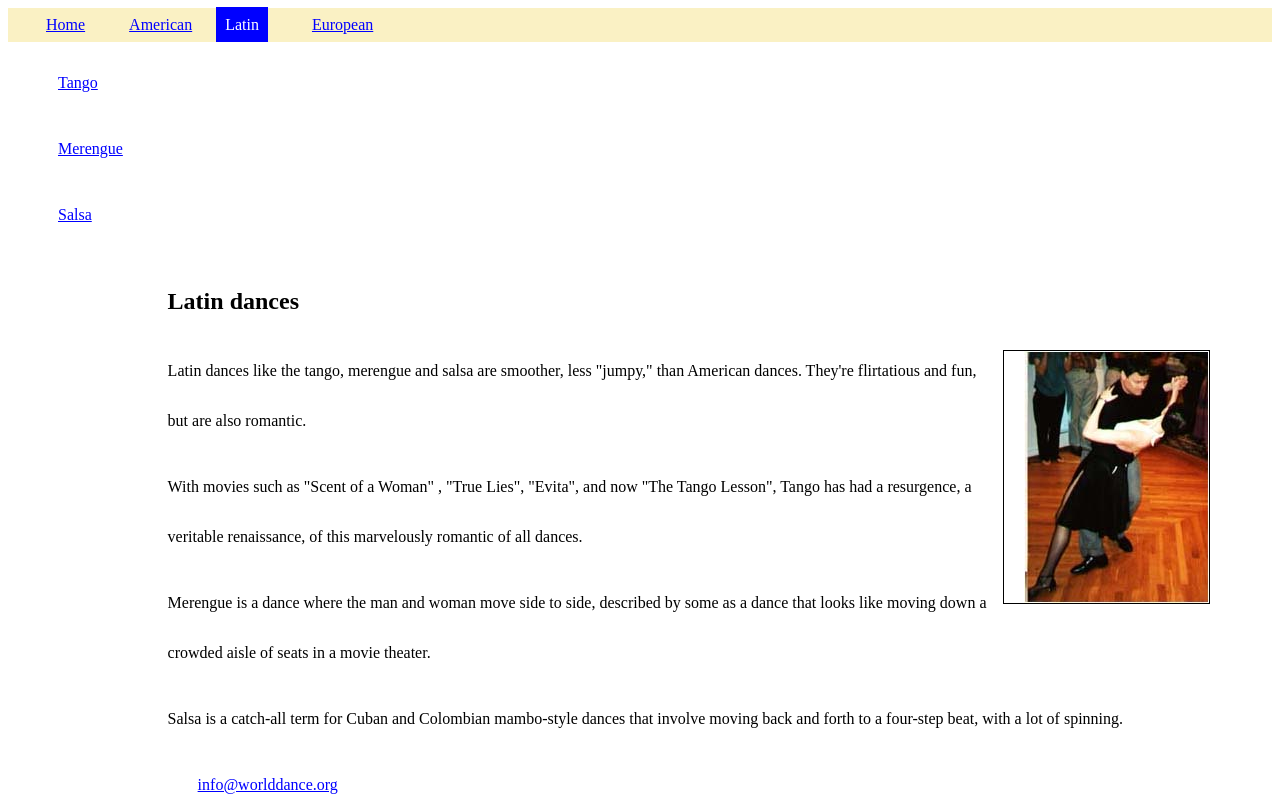
Repository: Helianthusss/Learn-CPP
Page: HTML/Lab-04/Dance/Latin.html
These files come from the project's save history. The page is drawn as it stood at one moment and after the next save; the edit follows.
The browser window is 1280 px wide. The pictures show the whole page.

Above is the page before, as saved 2021-10-16 19:40:49.

### HTML/Lab-04/Dance/Latin.html
<html>
<head>
<link rel="stylesheet" href="format.css">
<title>Latin</title>
</head>
<body>
<div id="topnav">
<ul id="navbar">
<li><a href="index.html">Home</a></li>
<li><a href="American.html">American</a></li>
<li><a class="x">Latin</a></li>
<li><a href="European.html">European</a></li>
</ul>
</div>
<div id="clear"></div>
<div id="links">
<p><a href="Tango.html">Tango</a></p>
<p><a href="Merengue.html">Merengue</a></p>
<p><a href="Salsa.html">Salsa</a></p>
</div>
<div id="content">
<h2>Latin dances</h2>
<img src="graphics/tango.jpg"align="right" vspace="4" hspace="12" border="1">
<p>Latin dances like the tango, merengue and salsa are smoother, less "jumpy," than American dances. They're flirtatious and fun, but are also romantic.</p>
<p>With movies such as "Scent of a Woman" , "True Lies", "Evita", and now "The Tango Lesson", Tango has had a resurgence, a veritable renaissance, of this marvelously romantic of all dances.</p>
<p>Merengue is a dance where the man and woman move side to side, described by some as a dance that looks like moving down a crowded aisle of seats in a movie theater.</p>
<p>Salsa is a catch-all term for Cuban and Colombian mambo-style dances that involve moving back and forth to a four-step beat, with a lot of spinning.
</p>
<p><a href="mailto:info@worlddance.org">info@worlddance.org</a></p>
</p>
</div>
</body>
</html>

### HTML/Lab-04/Dance/format.css
li {
  display: inline;
}

#navbar {
  padding: 8px;
  background-color: #faf1c4;
}
a {
  padding-left: 20px;
  margin: 10px;
  color: blue;
}
.x {
  padding: 9px;
  margin: 10px;
  background-color: blue;
  color: white;
}
img,
h2,
p,
h3 {
  line-height: 50px;
  padding-left: 20px;
}
#content {
  background: #fff;
  margin-top: 0px;
  float: right;
  width: 85%;
  padding-right: 50px;
  height: 350px;
  line-height: 30px;
  padding-top: 0px;
}

After the next save:
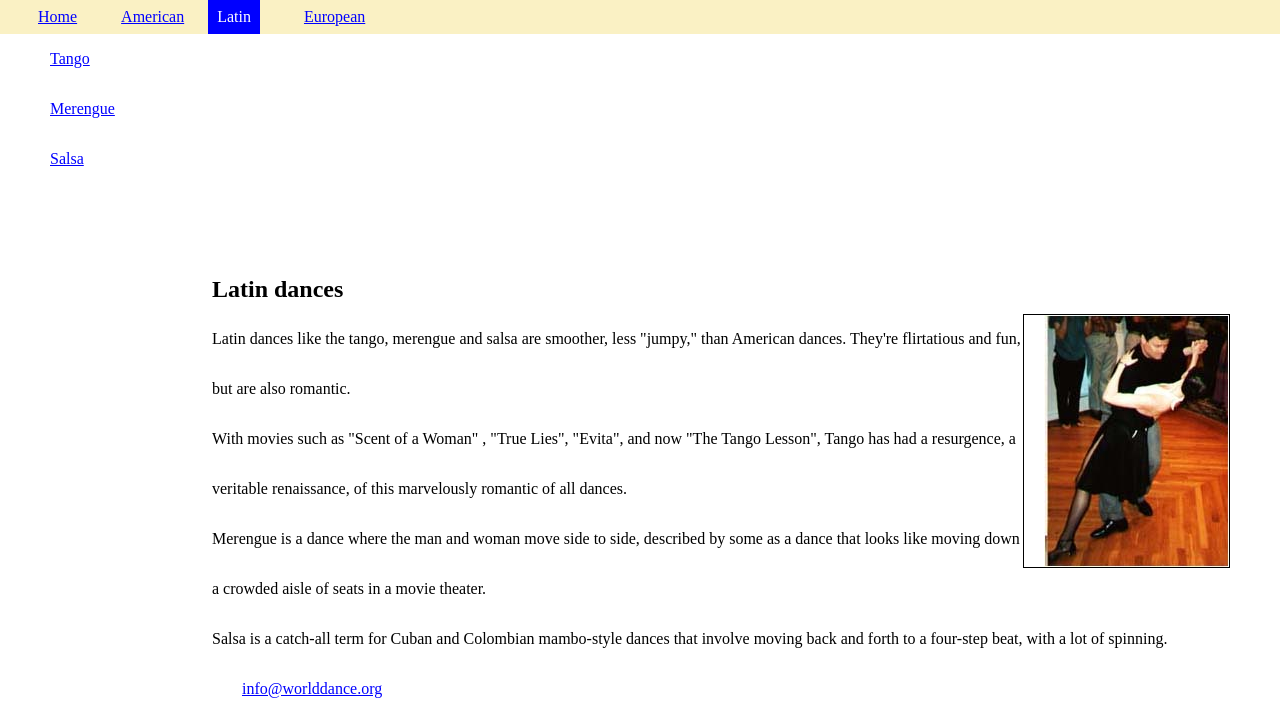
Saved 34 s later.
--- a/HTML/Lab-04/Dance/format.css
+++ b/HTML/Lab-04/Dance/format.css
@@ -1,3 +1,8 @@
+* {
+  padding: 0px;
+  margin: 0px;
+  box-sizing: border-box;
+}
 li {
   display: inline;
 }
@@ -26,11 +31,11 @@ h3 {
 }
 #content {
   background: #fff;
-  margin-top: 0px;
+  margin-top: 30px;
   float: right;
   width: 85%;
   padding-right: 50px;
   height: 350px;
   line-height: 30px;
-  padding-top: 0px;
+  padding-top: 50px;
 }
